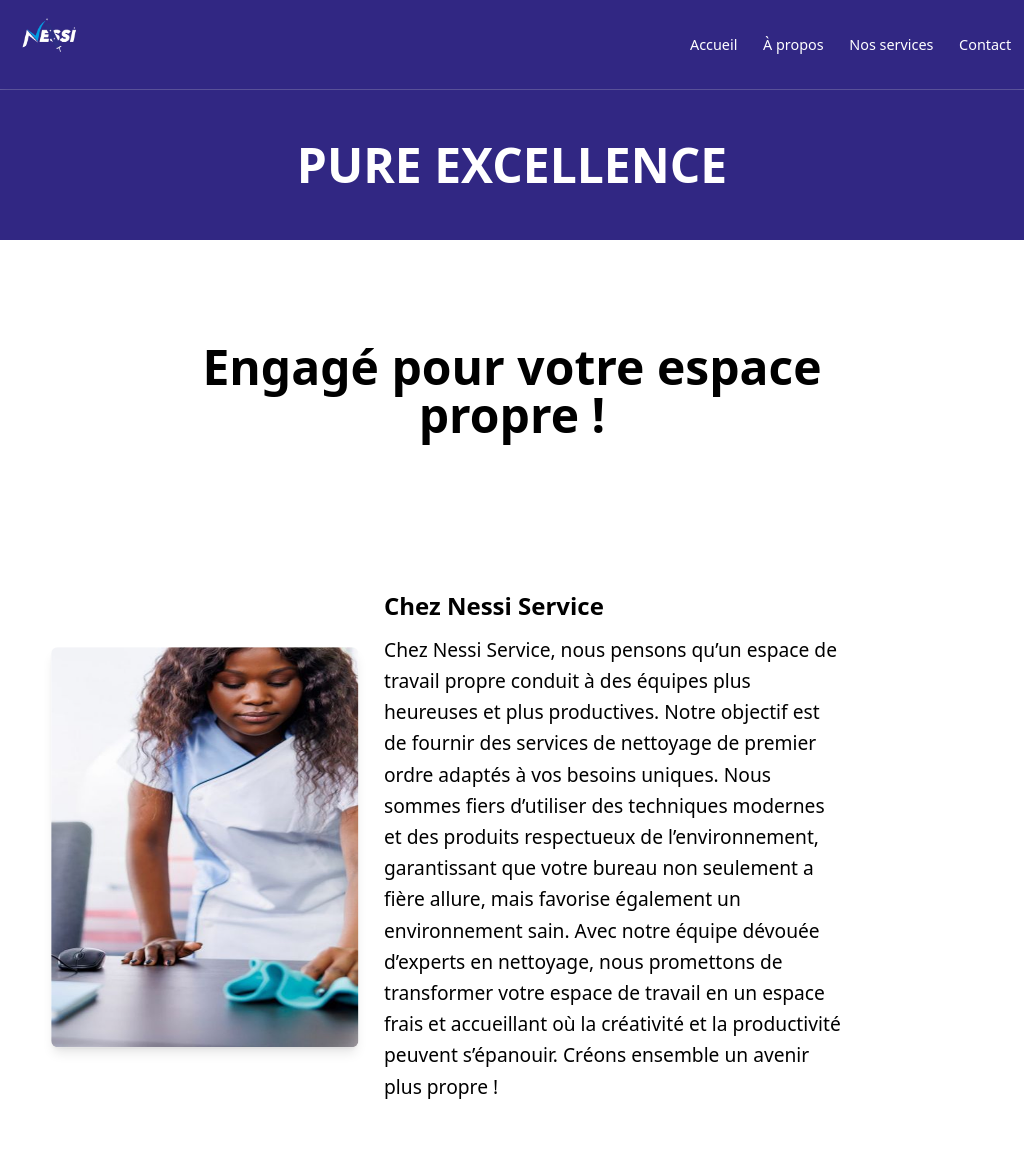
Repository: MDiouf9/Nessi
Page: /About
These files come from the project's save history. The page is drawn as it stood at one moment and after the next save; the edit follows.
The browser window is 1280 px wide. The pictures show the whole page, at 80% of full size.
The project was rebuilt for these pictures with package versions that can differ from the ones it lists, and the page was loaded fresh each time. Also part of the build but not shown: vite.config.js, src/Global.css, src/App.css, src/components/Footer.jsx, src/Pages/Home.jsx, src/Pages/NotFound.jsx, src/components/Countries.jsx, src/Pages/Services.jsx and 1 more.

Above is the page before, as saved 2025-03-10 18:13:37.

### src/main.jsx
import { StrictMode } from 'react'
import { createRoot } from 'react-dom/client'
import './index.css'
import './Global.css'
import App from './App.jsx'

createRoot(document.getElementById('root')).render(
  <StrictMode>
    <App />
  </StrictMode>,
)

### src/index.css
@tailwind base;
@tailwind components;
@tailwind utilities;
























/* :root {
  font-family: Inter, system-ui, Avenir, Helvetica, Arial, sans-serif;
  line-height: 1.5;
  font-weight: 400;

  color-scheme: light dark;
  color: rgba(255, 255, 255, 0.87);
  background-color: #242424;

  font-synthesis: none;
  text-rendering: optimizeLegibility;
  -webkit-font-smoothing: antialiased;
  -moz-osx-font-smoothing: grayscale;
}

a {
  font-weight: 500;
  color: #646cff;
  text-decoration: inherit;
}
a:hover {
  color: #535bf2;
}

body {
  margin: 0;
  display: flex;
  place-items: center;
  min-width: 320px;
  min-height: 100vh;
}

h1 {
  font-size: 3.2em;
  line-height: 1.1;
}

button {
  border-radius: 8px;
  border: 1px solid transparent;
  padding: 0.6em 1.2em;
  font-size: 1em;
  font-weight: 500;
  font-family: inherit;
  background-color: #1a1a1a;
  cursor: pointer;
  transition: border-color 0.25s;
}
button:hover {
  border-color: #646cff;
}
button:focus,
button:focus-visible {
  outline: 4px auto -webkit-focus-ring-color;
}

@media (prefers-color-scheme: light) {
  :root {
    color: #213547;
    background-color: #ffffff;
  }
  a:hover {
    color: #747bff;
  }
  button {
    background-color: #f9f9f9;
  }
} */

### src/App.jsx

import { BrowserRouter , Routes, Route  } from "react-router-dom"
// import reactLogo from './assets/react.svg'
// import viteLogo from '/vite.svg'
import './App.css'
import Home from './Pages/Home'
import NotFound from './Pages/NotFound'
import About from './Pages/About'
import Countries from './components/Countries'
import Services from './Pages/Services'
import Contact from './Pages/Contact'


function App() {

  return (
    <>
     <BrowserRouter>
      <Routes>
        <Route path="/"  element={<Home />} />
        <Route path='/About' element={<About/>} />
        <Route path='/Services' element={<Services/>} />
        <Route path='/Contact' element={<Contact/>} />
        <Route path='/Countries' element={<Countries/>} />
        <Route path='*' element={<NotFound/>} />
      </Routes>
    </BrowserRouter>

    </>
  )
}

export default App

### src/Pages/About.jsx

import Header from '../components/Header'
import SectionWithImage from '../components/Sectionlesft'
import regulier from "../assets/fememenage.png";


const About = () => {
  return (
    <div>

        <Header/>
        <section className="bg-[#312783] text-white py-16 flex justify-center items-center">
      <h1 className="text-4xl md:text-6xl font-bold">PURE EXCELLENCE</h1>
    </section>
    {/* section 2 */}
    <section className=" text-white py-16 flex justify-center items-center">
      <h1 className="text-4xl md:text-6xl font-bold"> <section className=" text-black py-16 flex justify-center items-center">
      <h1 className="text-4xl md:text-6xl font-bold text-center">Engagé pour votre espace <br /> propre !</h1>
    </section></h1>
    </section>

        <SectionWithImage
             imageSrc={regulier} // Image à afficher
             altText="Nettoyage en action" // Texte alternatif
             title="Chez Nessi Service" // Titre de la section
             content="Chez Nessi Service, nous pensons qu’un espace de travail propre conduit à des équipes plus heureuses et plus productives. Notre objectif est de fournir des services de nettoyage de premier ordre adaptés à vos besoins uniques. Nous sommes fiers d’utiliser des techniques modernes et des produits respectueux de l’environnement, garantissant que votre bureau non seulement a fière allure, mais favorise également un environnement sain. Avec notre équipe dévouée d’experts en nettoyage, nous promettons de transformer votre espace de travail en un espace frais et accueillant où la créativité et la productivité peuvent s’épanouir. Créons ensemble un avenir plus propre !"
           />
    </div>
  )
}

export default About

### src/components/Header.jsx
import  { useState } from "react";
import { Link } from "react-router-dom";
import logo from "../assets/logo1.png";

const navLinks = [
  { name: "Accueil", path: "/" },
  { name: "À propos", path: "/about" },
  { name: "Nos services", path: "/services" },
  { name: "Contact", path: "/contact" }
];

const Header = () => {
  const [isMenuOpen, setIsMenuOpen] = useState(false); // État pour gérer l'ouverture du menu mobile

  return (
    <header className="bg-[#312783] text-white p-4 shadow-lg">
      <div className="container mx-auto flex justify-between items-center">
        {/* Logo */}
        <img src={logo} alt="Logo" className="h-20" />

        {/* Menu burger pour mobile */}
        <button
          className="lg:hidden text-white text-2xl"
          onClick={() => setIsMenuOpen(!isMenuOpen)}
          aria-label="Toggle Menu"
        >
          {isMenuOpen ? (
            <span>&#10005;</span>  // Croix de fermeture du menu
          ) : (
            <span>&#9776;</span>  // Icône hamburger
          )}
        </button>

        {/* Navigation */}
        <nav className={`lg:flex ${isMenuOpen ? "block" : "hidden"} lg:bg-transparent bg-[#312783]`}>
          <ul className="lg:flex lg:space-x-8 flex-col lg:flex-row space-y-4 lg:space-y-0 p-6 lg:p-0">
            {navLinks.map((link, index) => (
              <li key={index} className="relative">
                <Link
                  to={link.path}
                  className="hover:text-gray-300 text-lg transition-colors duration-300 ease-in-out"
                >
                  {link.name}
                </Link>
                {/* Ajouter une barre sous le lien actif */}
              </li>
            ))}
          </ul>
        </nav>
      </div>


    </header>
  );
};

export default Header;

### src/components/Sectionlesft.jsx
const SectionWithImage = ({ imageSrc, altText, title, content }) => {
    return (
      <section className="bg-white py-16 px-6 md:px-16">
        <div className="container mx-auto flex flex-col md:flex-row items-center gap-8">
          {/* Image à gauche */}
          <div className="md:w-1/3 flex justify-aound items-center">
            <img src={imageSrc} alt={altText} className="w-full h-full max-h-[500px] object-center  rounded-lg shadow-lg" />
          </div>

          {/* Texte à droite */}
          <div className="md:w-1/2 flex flex-col justify-center h-full">
            <h2 className="text-3xl font-bold mb-4">{title}</h2>
            <p className="text-2xl leading-relaxed">{content}</p>
          </div>
        </div>
      </section>
    );
  };

  export default SectionWithImage;

Loaded but not shown: index.html (common file); tailwind.config.js (common file)

After the next save:
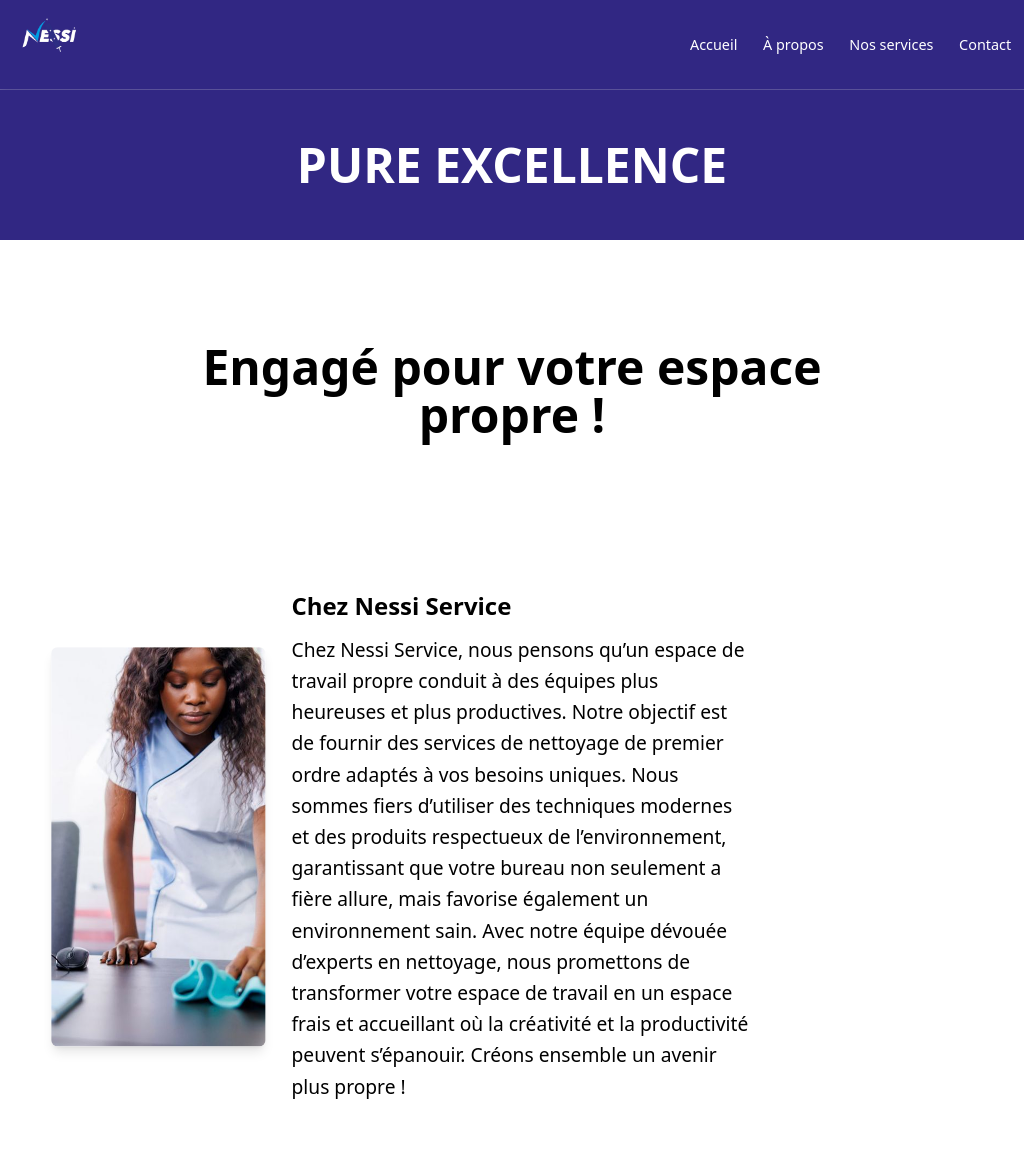
Saved 76 s later.
--- a/src/components/Sectionlesft.jsx
+++ b/src/components/Sectionlesft.jsx
@@ -3,7 +3,7 @@ const SectionWithImage = ({ imageSrc, altText, title, content }) => {
       <section className="bg-white py-16 px-6 md:px-16">
         <div className="container mx-auto flex flex-col md:flex-row items-center gap-8">
           {/* Image à gauche */}
-          <div className="md:w-1/3 flex justify-aound items-center">
+          <div className="md:w-1/ flex justify-aound items-center">
             <img src={imageSrc} alt={altText} className="w-full h-full max-h-[500px] object-center  rounded-lg shadow-lg" />
           </div>
 
